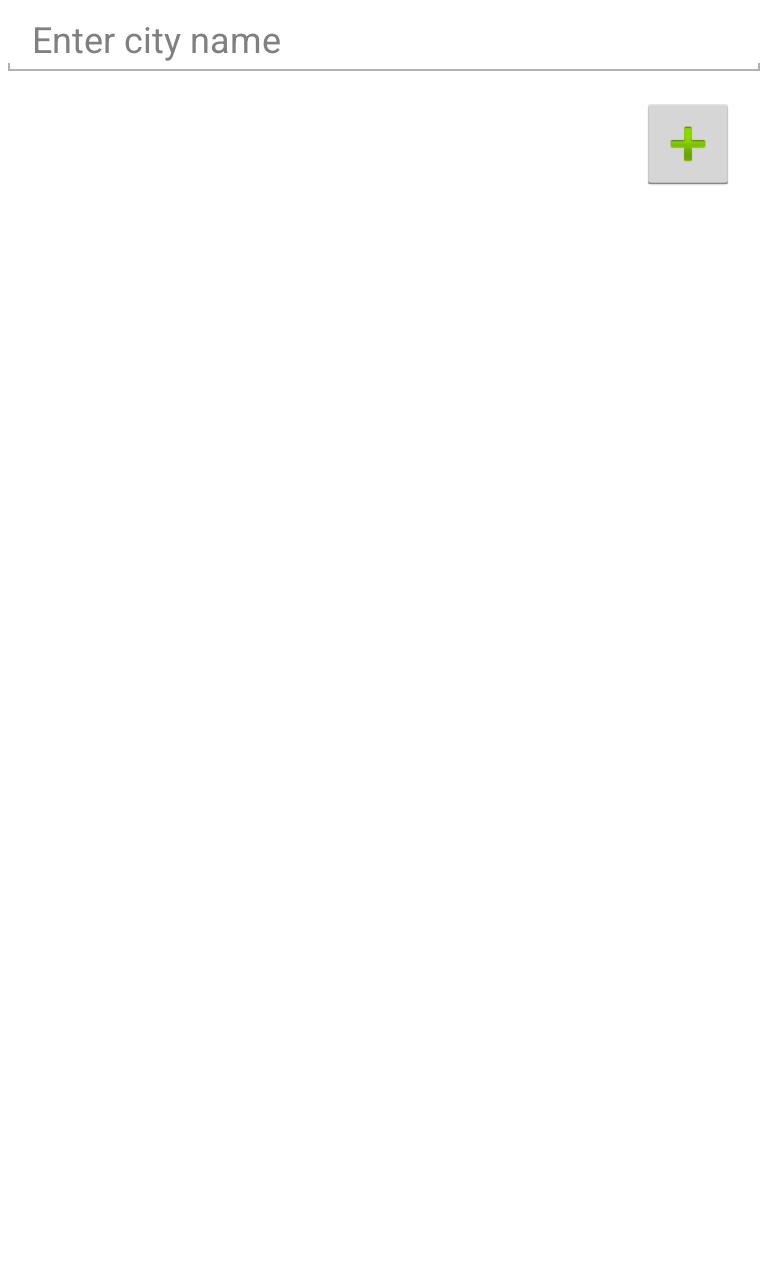
Repository: sandeshshetty/TravelZeus
Layout: TravelZeus/res/layout/fragment_home.xml
An editor plug-in stored every save of this project. The layout is shown before and after the next save, followed by the edit.
It is drawn on a 768 x 1280 px phone screen (xhdpi) without system bars, with theme AppTheme; the app's code is not run. The app's manifest (not shown) leaves right-to-left support off. So textAlignment, textDirection and layoutDirection are ignored, and left and right values win over start and end ones.

Above is the layout before, as saved 2015-05-16 11:23:31.

### TravelZeus/res/layout/fragment_home.xml
<?xml version="1.0" encoding="utf-8"?>
<LinearLayout xmlns:android="http://schemas.android.com/apk/res/android"
    android:layout_width="match_parent"
    android:layout_height="match_parent"
    android:orientation="vertical" >

    <LinearLayout
        android:layout_width="match_parent"
        android:layout_height="wrap_content"
        android:orientation="horizontal">

        <EditText
        	android:id="@+id/homeSearchBar"
        	android:paddingLeft="16dp"
        	android:layout_width="match_parent"
        	android:layout_height="wrap_content"
        	android:hint="@string/home_search"
        	android:layout_gravity="9" />

        <ImageButton
            android:src="@android:drawable/ic_menu_search"
            android:id="@+id/homeSearchButton"
            android:layout_width="wrap_content"
            android:layout_height="wrap_content"
            android:contentDescription="@string/search"
            />


    </LinearLayout>

    <ImageButton
        android:src="@android:drawable/ic_input_add"
        android:id="@+id/homeAddButton"
        android:layout_width="48dp"
        android:layout_height="48dp"
        android:layout_marginBottom="16dp"
        android:layout_marginEnd="16dp"
        android:layout_gravity="end|bottom"
        android:contentDescription="@string/add_new_place"/>

</LinearLayout>

### TravelZeus/res/values/strings.xml
<?xml version="1.0" encoding="utf-8"?>
<resources>

    <string name="app_name">Travel Zeus</string>
    <string name="hello_world">Hello world!</string>
    <string name="action_settings">Settings</string>
    <string name="home_search">Enter city name</string>
    <string name="search">Search</string>
    <string name="add_new_place">Add new place</string>

</resources>

Loaded but not shown: TravelZeus/res/values/styles.xml (common file); TravelZeus/res/values-v11/styles.xml (common file); TravelZeus/res/values-v14/styles.xml (common file)

After the next save:
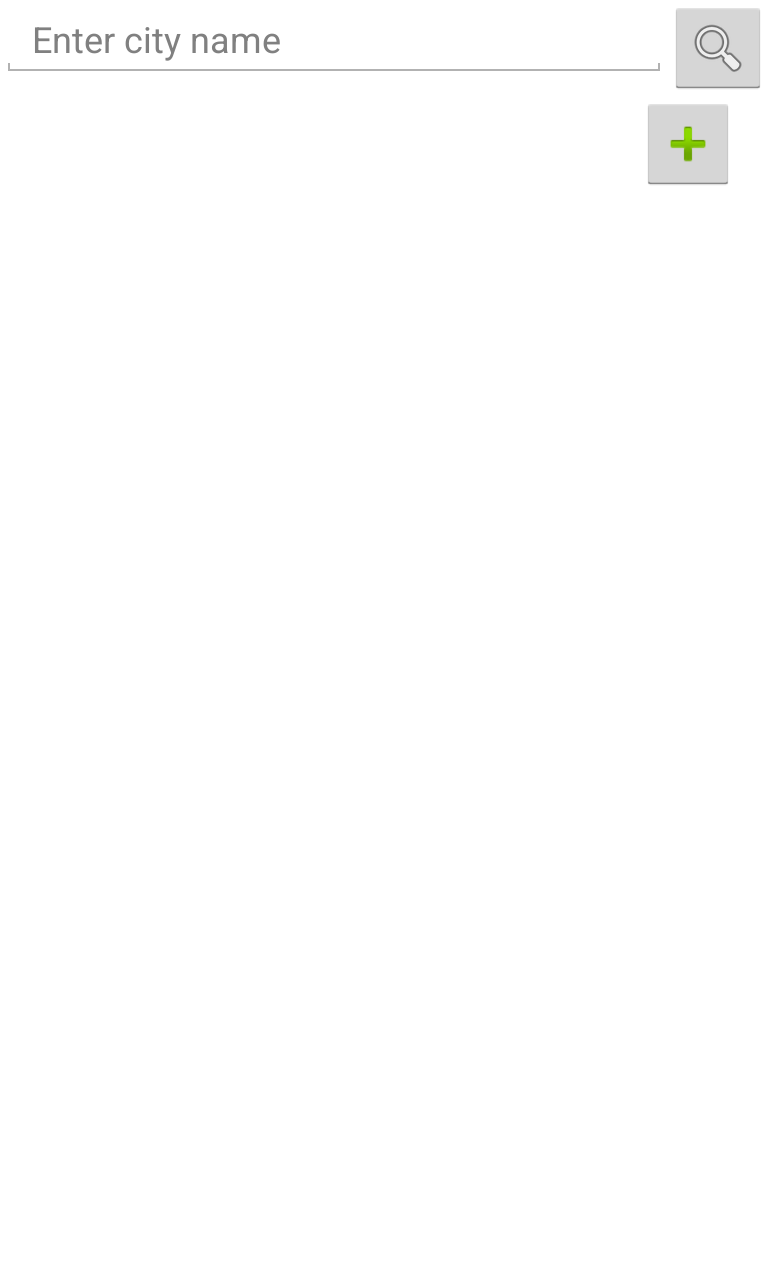
Saved 50 s later.
--- a/TravelZeus/res/layout/fragment_home.xml
+++ b/TravelZeus/res/layout/fragment_home.xml
@@ -15,7 +15,7 @@
         	android:layout_width="match_parent"
         	android:layout_height="wrap_content"
         	android:hint="@string/home_search"
-        	android:layout_gravity="9" />
+        	android:layout_weight="9" />
 
         <ImageButton
             android:src="@android:drawable/ic_menu_search"
@@ -23,6 +23,7 @@
             android:layout_width="wrap_content"
             android:layout_height="wrap_content"
             android:contentDescription="@string/search"
+            android:layout_weight="1"
             />
 
 
